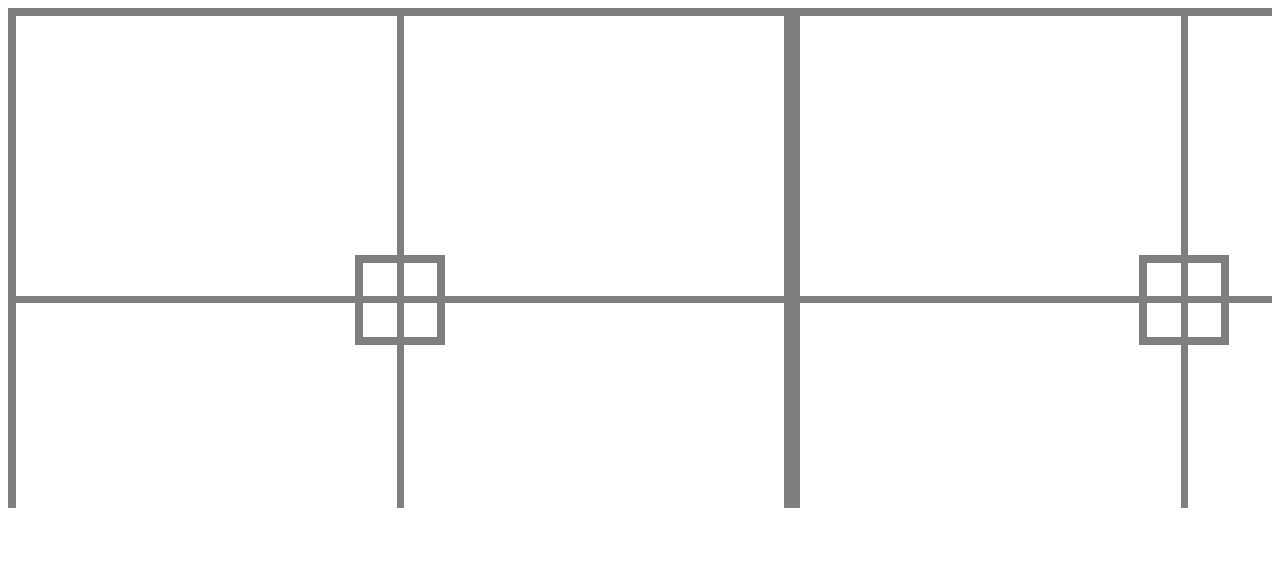
Repository: Leonngc/html-css
Page: Exercicios/ex023/fundo007.html
These files come from the project's save history. The page is drawn as it stood at one moment and after a run of saves; the edit follows.
The browser window is 1280 px wide. The pictures show the whole page.

Above is the page before, as saved 2022-10-27 19:46:09.

### Exercicios/ex023/fundo007.html
<!DOCTYPE html>
<html lang="pt-br">
<head>
    <meta charset="UTF-8">
    <meta http-equiv="X-UA-Compatible" content="IE=edge">
    <meta name="viewport" content="width=device-width, initial-scale=1.0">
    <title>Alinhamento vertical</title>
    <style>
        #container{
            background-image: url(imagens/target001.png);
            position: relative;
            height: 500px;
            padding: ;
        }

        #conteudo{

        }
    </style>
</head>
<body>
    <section id="container">
        <article id="conteudo">

        </article>
    </section>
</body>
</html>

After the next 4 saves:
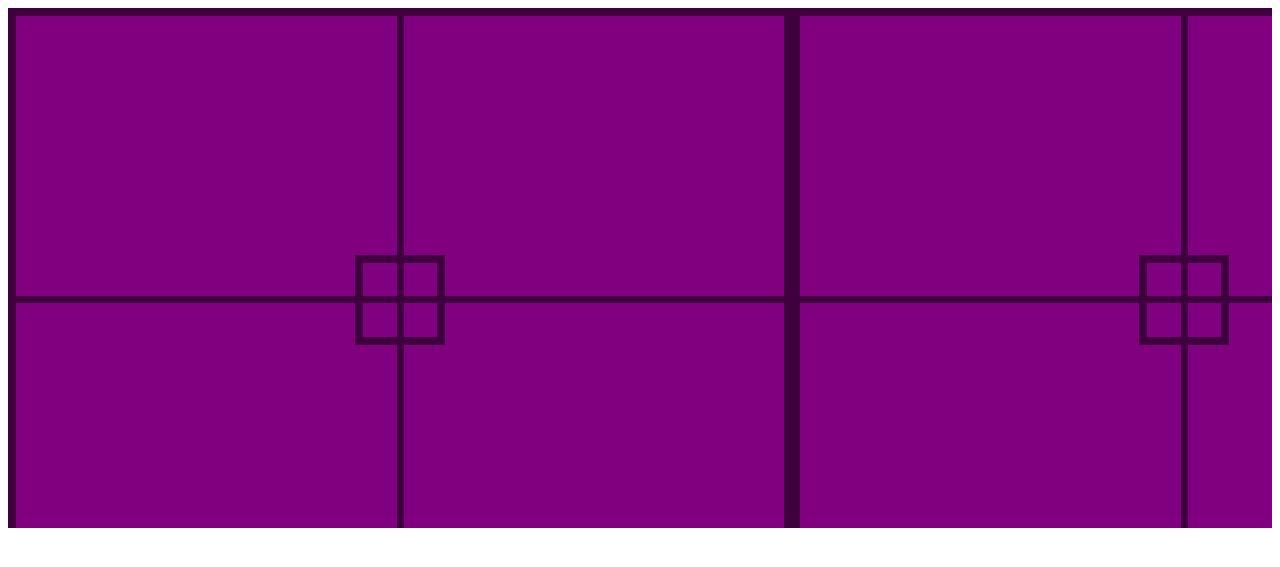
The 4 saves are shown as one change because they came seconds apart.
The last was saved 10 s later.
--- a/Exercicios/ex023/fundo007.html
+++ b/Exercicios/ex023/fundo007.html
@@ -10,7 +10,8 @@
             background-image: url(imagens/target001.png);
             position: relative;
             height: 500px;
-            padding: ;
+            padding: 10px;
+            background-color: purple;
         }
 
         #conteudo{
